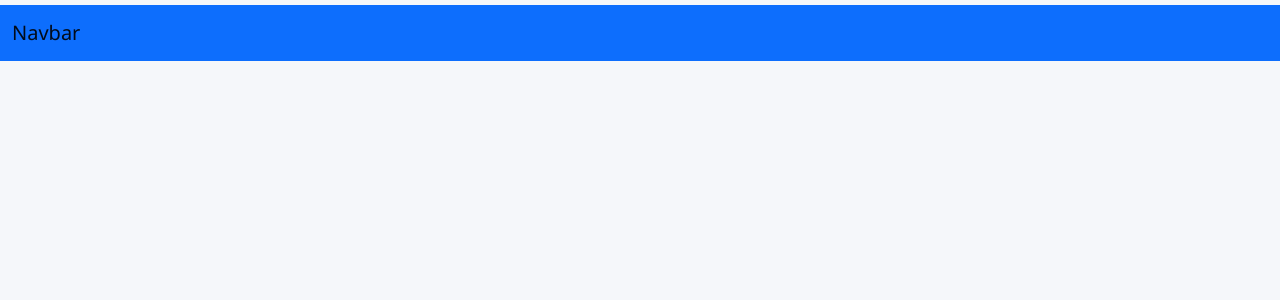
Repository: chandu7777158/Movies_spot
Page: /
The author's editor kept a copy of each file at every save. The page is drawn from the files as they stood at one save, then again after a run of saves.
The browser window is 1280 px wide. The pictures show the whole page.
The project was rebuilt for these pictures with package versions that can differ from the ones it lists, and the page was loaded fresh each time. Also part of the build but not shown: vite.config.js.

Above is the page before, as saved 2026-01-23 10:23:30.

### index.html
<!doctype html>
<html lang="en">
  <head>
    <meta charset="UTF-8" />
    <link rel="icon" type="image/svg+xml" href="/vite.svg" />
    <meta name="viewport" content="width=device-width, initial-scale=1.0" />
    <title>movies_spot</title>
    <link href="https://cdn.jsdelivr.net/npm/bootstrap@5.2.3/dist/css/bootstrap.min.css" rel="stylesheet" integrity="sha384-rbsA2VBKQhggwzxH7pPCaAqO46MgnOM80zW1RWuH61DGLwZJEdK2Kadq2F9CUG65" crossorigin="anonymous">

  </head>
  <body>
    <script src="https://cdn.jsdelivr.net/npm/bootstrap@5.2.3/dist/js/bootstrap.bundle.min.js" integrity="sha384-kenU1KFdBIe4zVF0s0G1M5b4hcpxyD9F7jL+jjXkk+Q2h455rYXK/7HAuoJl+0I4" crossorigin="anonymous"></script>
    <div id="root"></div>
    <script type="module" src="/src/main.jsx"></script>
  </body>
</html>

### src/index.css
/* Global Reset and Fix for Fixed Navbar */
body {
    background: #f5f7fa;
    min-height: 100vh;
    margin: 0;
    /* This padding prevents content from hiding behind the navbar */
    padding-top: 5px;
    font-family: 'Segoe UI', sans-serif;
}

/* Custom Highlight Effect for Nav Links */
.nav-highlight {
    color: rgba(255, 255, 255, 0.85) !important;
    font-weight: 500;
    transition: all 0.3s ease;
}

.nav-highlight:hover {
    color: #ffe066 !important;
    transform: translateY(-2px);
}

/* Make search bar look modern */
.form-control:focus {
    box-shadow: 0 0 10px rgba(255, 255, 255, 0.5);
    outline: none;
}

### src/App.jsx
import React from 'react'
import Navbar from './components/Navbar'

export default function App() {
  return (
    <div>
      <Navbar/>
    </div>
  )
}

### src/components/Navbar.jsx
import React from 'react'

export default function Navbar() {
    return (
        <nav class="navbar navbar-expand-lg  bg-primary">
            <div class="container-fluid">
                <a class="navbar-brand" href="#">Navbar</a>
            </div>
        </nav>
    )
}

Loaded but not shown: src/main.jsx (common file)

After the next 4 saves:
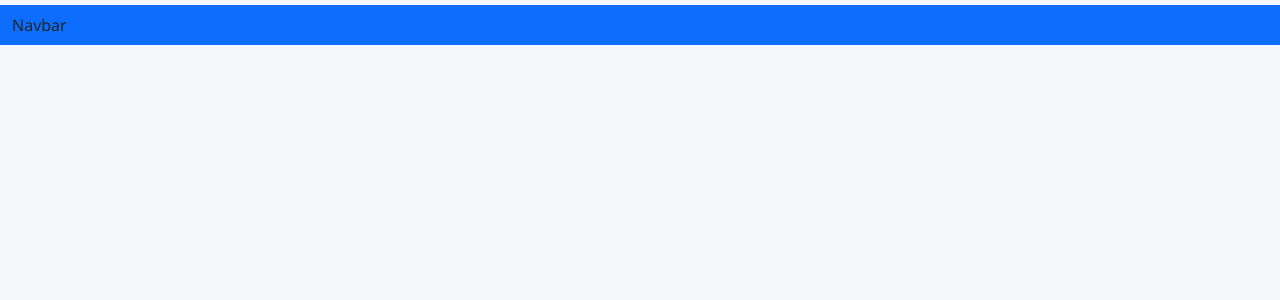
The 4 saves are shown as one change because 1 did not build or start and some came seconds apart.
The last was saved 31 s later.
--- a/src/components/Navbar.jsx
+++ b/src/components/Navbar.jsx
@@ -4,7 +4,7 @@
     return (
         <nav class="navbar navbar-expand-lg  bg-primary">
             <div class="container-fluid">
-                <a class="navbar-brand" href="#">Navbar</a>
+                <a>Navbar</a>
             </div>
         </nav>
     )

After the 6 saves that followed:
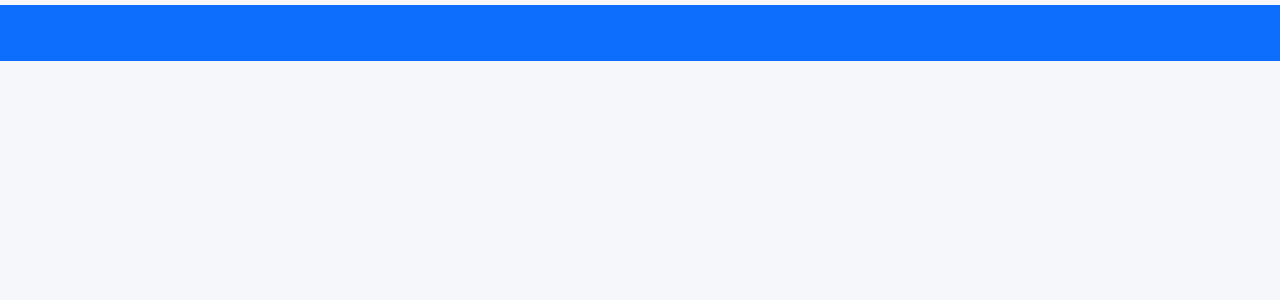
The 6 saves are shown as one change because 3 left the picture as it was and some came seconds apart.
The last was saved 48 s later.
--- a/src/components/Navbar.jsx
+++ b/src/components/Navbar.jsx
@@ -4,7 +4,7 @@
     return (
         <nav class="navbar navbar-expand-lg  bg-primary">
             <div class="container-fluid">
-                <a>Navbar</a>
+                <a class="navbar" href="#">Navbar</a>
             </div>
         </nav>
     )
